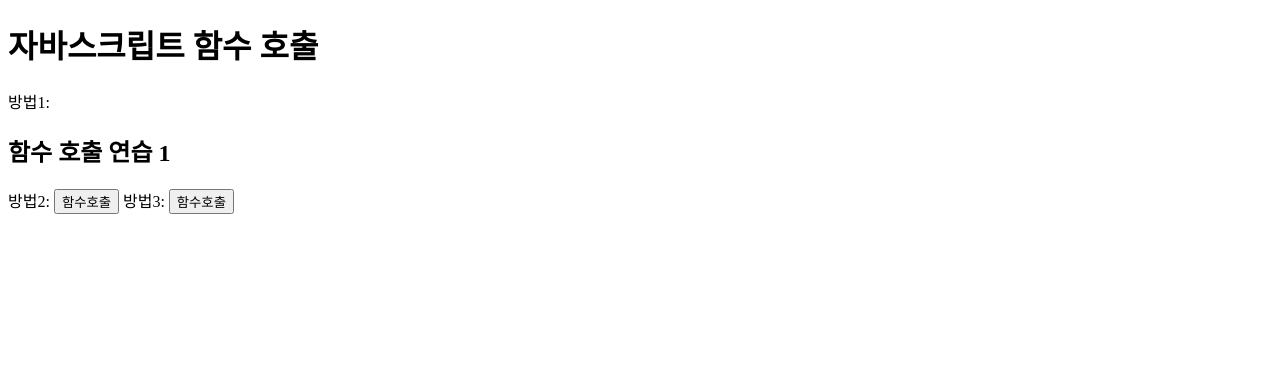
Repository: shinsil0601/webstudy
Page: 03_JavaScript/src/main/webapp/day02/ex07_function.html
An editor plug-in stored every save of this project. The page is shown before and after the next save, followed by the edit.
The browser window is 1280 px wide. The pictures show the whole page.

Above is the page before, as saved 2023-06-28 03:04:36.

After the next save:
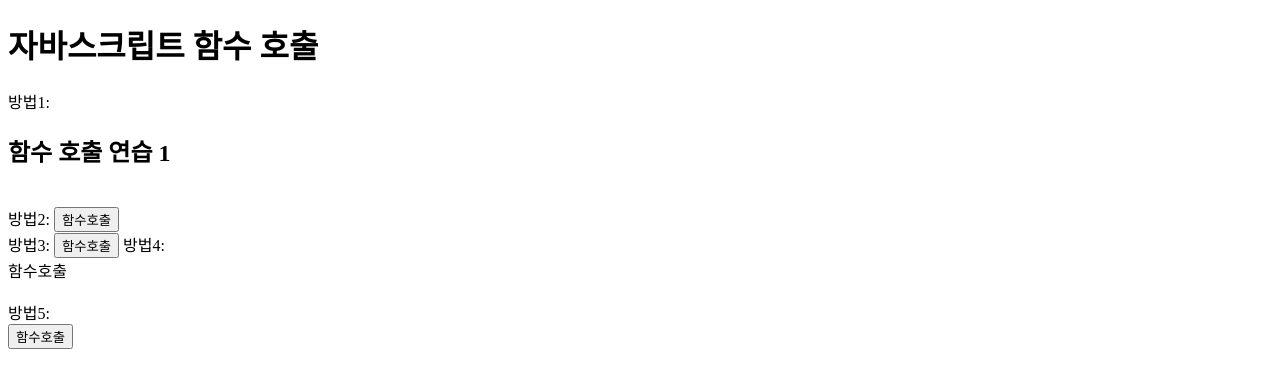
Saved 3 min 57 s later.
--- a/03_JavaScript/src/main/webapp/day02/ex07_function.html
+++ b/03_JavaScript/src/main/webapp/day02/ex07_function.html
@@ -11,9 +11,14 @@
 </head>
 <body>
 	<h1> 자바스크립트 함수 호출</h1>
-	방법1: <script type="text/javascript"> test(1); </script>
+	방법1: <script type="text/javascript"> test(1); </script><br>
 	<!-- 태그 속성이 onXXX는 자바스크립트 함수 호출할 수 있다. -->
-	방법2: <button onclick="test(2)">함수호출</button>
+	방법2: <button onclick="test(2)">함수호출</button><br>
 	방법3: <button onclick="javascript:test(3)">함수호출</button>
+	방법4: <div onclick="test(4)">함수호출</div><br>
+	방법5: <form action="">
+				<input type="button" value="함수호출" onclick="test(5)">
+		   </form><br>
+
 </body>
 </html>
